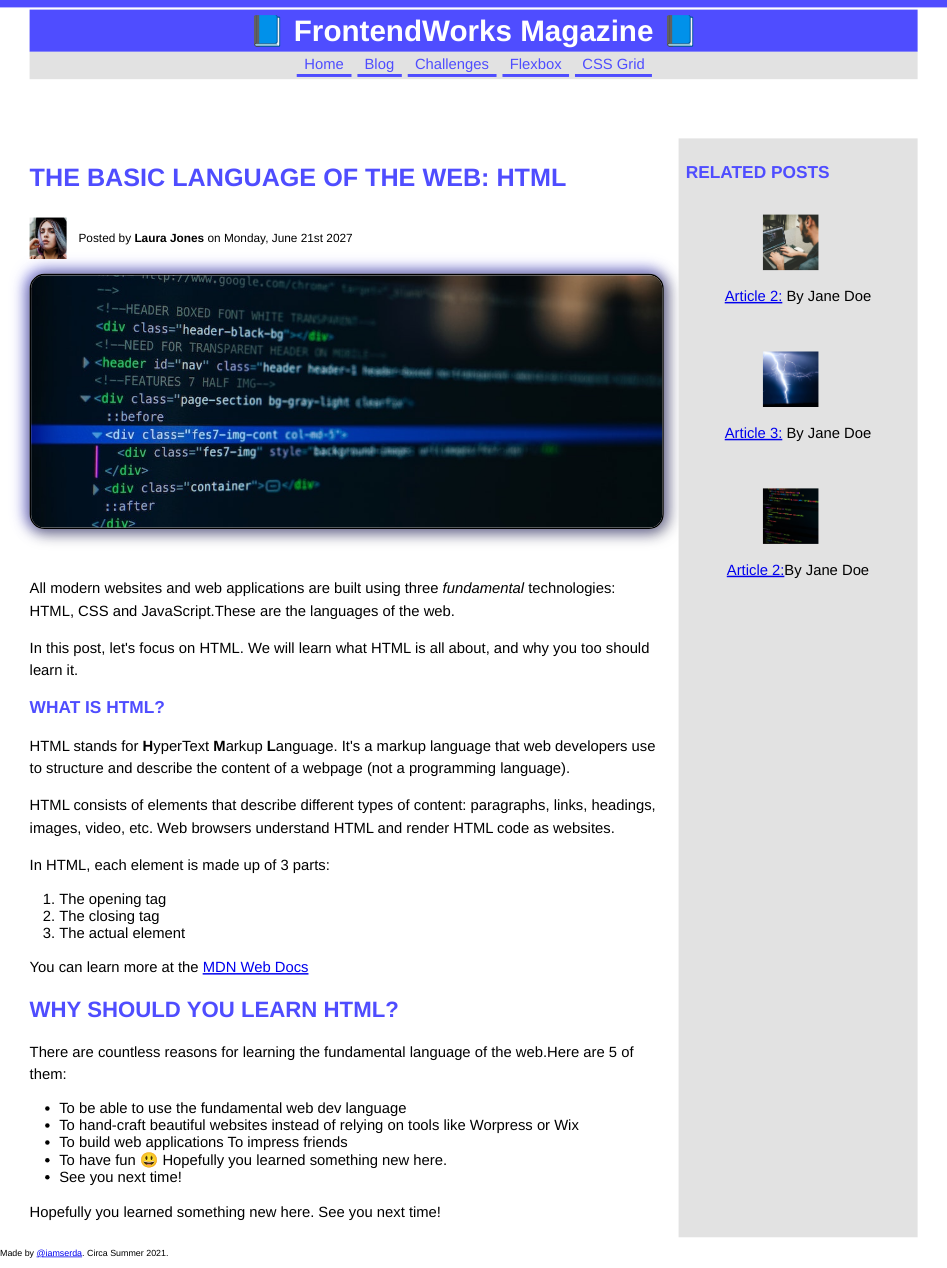
Repository: iamserda/html-css-course
Page: starter/02-HTML-Fundamentals/index.html
The author's editor kept a copy of each file at every save. The page is drawn from the files as they stood at one save, then again after the next save.
The browser window is 1280 px wide. The pictures show the whole page, at 74% of full size.

Above is the page before, as saved 2021-07-17 18:23:29.

### starter/02-HTML-Fundamentals/index.html
<!DOCTYPE html>
<html lang="en">

<head>
    <meta charset="UTF-8" />
    <meta http-equiv="X-UA-Compatible" content="IE=edge" />
    <meta name="viewport" content="width=device-width, initial-scale=1.0" />
    <title>HTML Fundamentals by Laura Jones</title>
    <link href="index.css" rel="stylesheet" />
</head>

<body class="container-col">
    <header>
        <h1 class="brandname">📘 FrontendWorks Magazine 📘</h1>
        <nav>
            <ul>
                <li><a href="index.html">Home</a></li>
                <li><a href="blog/">Blog</a></li>
                <li><a href="challenges/">Challenges</a></li>
                <li><a href="https://css-tricks.com/snippets/css/a-guide-to-flexbox/" target="_blank">Flexbox</a></li>
                <li><a href="https://css-tricks.com/snippets/css/complete-guide-grid/" target="_blank">CSS Grid</a></li>
            </ul>
        </nav>
    </header>
    <main class="container-row">
        <section>
            <article>
                <header class="article-meta">
                    <h1 class="post-title">The Basic Language of the Web: HTML</h1>
                    <div class="author">
                        <img class="author-pic" src="img/laura-jones.jpg" alt="photo of author laura jones" />
                        <p>Posted by <strong>Laura Jones</strong> on Monday, June 21st 2027</p>
                    </div>
                </header>
                <div class="article-content">
                    <img class="post-image" src="img/post-img.jpg" alt="displaying html code." />
                    <p> All modern websites and web applications are built using three
                        <em>fundamental</em> technologies: HTML, CSS and JavaScript.These are the languages of the web.
                    </p>
                    <p>
                        In this post, let's focus on HTML. We will learn what HTML is all about, and why you too should
                        learn it.
                    </p>

                    <h3>What is HTML?</h3>

                    <p>
                        HTML stands for <b>H</b>yperText <b>M</b>arkup <b>L</b>anguage. It's a markup language that web
                        developers use to structure and describe the content of a webpage (not a programming language).
                    </p>

                    <p>
                        HTML consists of elements that describe different types of content: paragraphs, links, headings,
                        images, video, etc. Web browsers understand HTML and render HTML code as websites.
                    </p>

                    <p>In HTML, each element is made up of 3 parts:</p>
                    <ol>
                        <li>The opening tag</li>
                        <li>The closing tag</li>
                        <li>The actual element</li>
                    </ol>
                    <p>
                        You can learn more at the
                        <a href="https://developer.mozilla.org/en-US/" target="_blank">MDN Web Docs</a>
                    </p>
                    <h2>Why should you learn HTML?</h2>
                    <p>There are countless reasons for learning the fundamental language of the web.Here are 5 of them:
                    </p>
                    <ul>
                        <li>To be able to use the fundamental web dev language</li>
                        <li>To hand-craft beautiful websites instead of relying on tools like Worpress or Wix</li>
                        <li>To build web applications To impress friends</li>
                        <li>To have fun 😃 Hopefully you learned something new here.</li>
                        <li>See you next time!</li>
                    </ul>
                    <p>Hopefully you learned something new here. See you next time!</p>
                </div>
            </article>
        </section>
        <aside class="container-col">
            <h3>Related Posts</h3>
            <div class="related container-col">
                <img src="img/related-1.jpg" alt="a programmer writing code.">

                <p><a href="#article2">Article 2:</a> By Jane Doe</p>
            </div>
            <div class="related container-col">
                <img src="img/related-2.jpg" alt="a programmer writing code.">
                <p><a href="#article3">Article 3:</a> By Jane Doe</p>
            </div>
            <div class="related container-col">
                <img src="img/related-3.jpg" alt="a programmer writing code.">
                <p><a href="#article4">Article 2:</a>By Jane Doe</p>
            </div>
        </aside>
    </main>
    <footer>
        <p>Made by <a href="https://twitter.com/iamserda">@iamserda</a>. Circa Summer 2021.</p>
    </footer>
</body>

</html>

### starter/02-HTML-Fundamentals/index.css
* {
    box-sizing: border-box;
}

html {
    font-size: 16px;
}

html,
body {
    margin: 0;
    padding: 0;
}

body {
    font-family: Helvetica, Arial, sans-serif;
    font-size: 1.25rem;
}

body>header {
    border-top: 10px solid rgb(80, 77, 255);
    padding-top: 0.125em;
}

main {
    margin-top: 4em;
}



h1,
h2,
h3,
h4,
h5,
h6 {
    color: rgb(79, 77, 255);
    text-transform: uppercase;
}

main,
.brandname,
nav {
    width: 100%;
    max-width: 1200px;
    margin-left: auto;
    margin-right: auto;
}

.brandname,
nav {
    margin-top: 0;
    margin-bottom: 0;
}

.brandname {
    font-size: 2.5rem;
    text-transform: capitalize;
    text-align: center;
    color: white;
    background-color: rgb(79, 77, 255);
    padding: 0.125em 0;
}

p {
    line-height: 1.5;
}

nav {
    margin-top: 0;
    background-color: rgb(226, 226, 226);
}

nav ul {
    padding: 0.125em;
    margin: 0 auto;
    width: fit-content;

}

nav li {
    list-style: none;
    border-bottom: 4px solid rgb(79, 77, 255);
    padding: 0.125em 0.5em;
    margin-left: 0.125em;
    display: inline-block;
    color: rgb(79, 77, 255);
}

nav a {
    display: block;
    text-decoration: none;
    color: inherit;
    width: 100%;
    height: auto;
}

nav li:hover {
    background-color: rgb(79, 77, 255);
    border-bottom: 4px solid white;
    color: white;
}

nav li:hover a {
    color: white;
}

main section {
    width: 80%;
    margin-right: 1em;
}

aside {
    width: 30%;
    max-width: 500px;
    margin-right: auto;
    background-color: rgb(226, 226, 226);
    padding: 0.5em;
}

aside>div {
    margin: 1em auto
}

footer p {
    font-size: 0.75rem;
}

/* Layout */
.container-row {
    display: flex;
    flex-flow: row nowrap;
}

.container-col {
    display: flex;
    flex-flow: column nowrap;
}

.article-meta {
    margin-bottom: 1em;
}

.author {
    display: flex;
    flex-flow: row nowrap;
    width: 100%;
    justify-content: flex-start;
    font-size: 1rem;
}

.related {
    max-width: 300px;
}

.related img {
    width: 100%;
    max-width: 75px;
    margin-right: 1em;
    align-self: center;
}

.post-title {
    color: rgb(79, 77, 255);
    text-align: left;
    font-size: 2.125rem;
}

.post-image {
    width: 100%;
    max-width: 960px;
    height: auto;
    border: 2px solid rgb(0, 0, 0);
    box-shadow: 0 0 18px 2px rgba(0, 0, 0, 0.5);
    box-shadow: 3px 3px 18px 4px rgba(26, 26, 26, 0.507),
        -3px -3px 18px 4px rgba(79, 77, 255, 0.507);
    border-radius: 20px;
    margin-bottom: 2em;
}

.author-pic {
    width: 100%;
    max-width: 50px;
    margin-right: 1em;
}

After the next save:
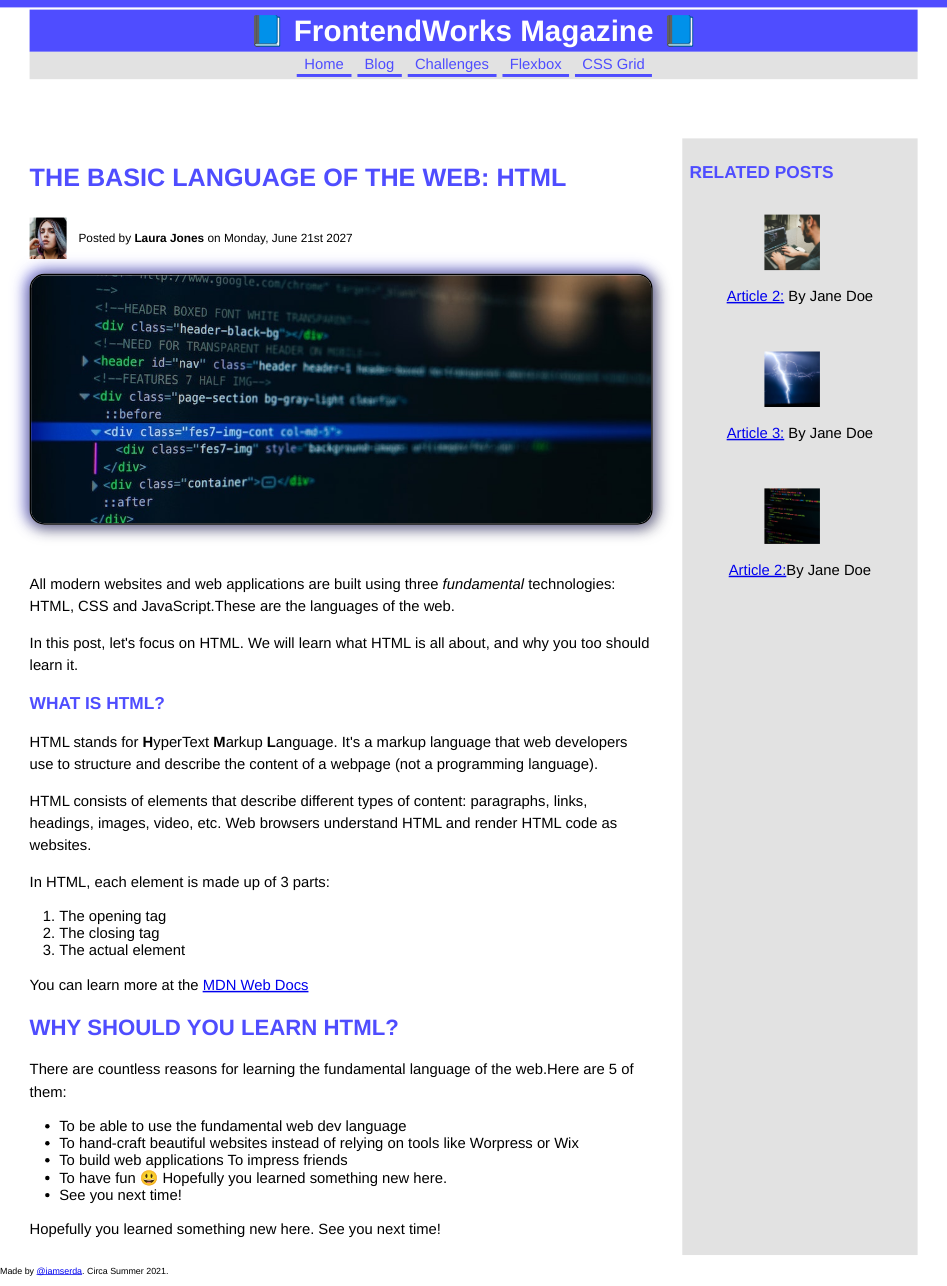
Saved 6 s later.
--- a/starter/02-HTML-Fundamentals/index.css
+++ b/starter/02-HTML-Fundamentals/index.css
@@ -107,7 +107,7 @@ nav li:hover a {
 
 main section {
     width: 80%;
-    margin-right: 1em;
+    margin-right: 2em;
 }
 
 aside {
